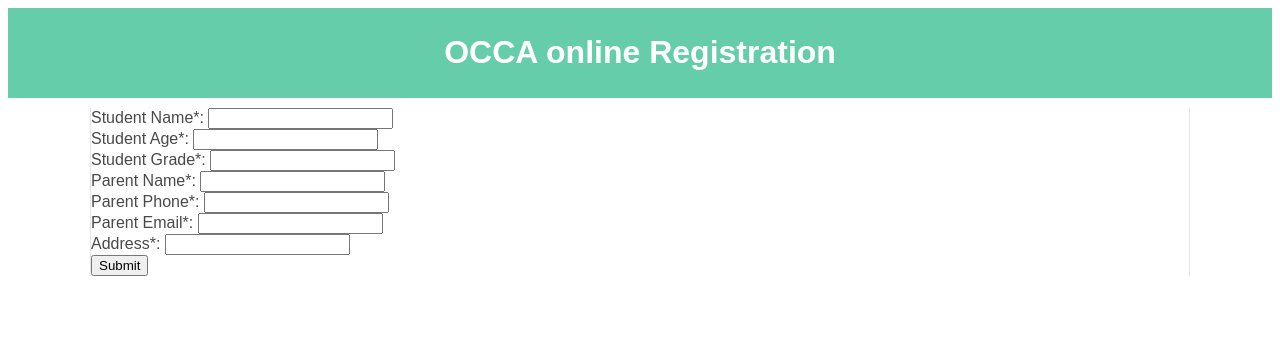
Repository: dreamxia329/TechExercise4830
Page: T3-0325-xia/T3-webProject-Xia/WebContent/register.html
The author's editor kept a copy of each file at every save. The page is drawn from the files as they stood at one save, then again after the next save.
The browser window is 1280 px wide. The pictures show the whole page.

Above is the page before, as saved 2022-03-31 17:04:21.

### T3-0325-xia/T3-webProject-Xia/WebContent/register.html
<html>
<head>
<style>
body {
	font-family: 'Poppins', sans-serif;
	color: #48494a;
}

header {
	background-color: #66CDAA;
	color: white;
	text-align: center;
	padding: 5px;
}

nav {
	line-height: 30px;
	background-color: #eeeeee;
	height: 300px;
	width: 100px;
	float: left;
	padding: 5px;
}

section {
	margin: 10px auto 10px auto;
	max-width: 1098px;
	border-left: 1px solid #e5e5e5;
	border-right: 1px solid #e5e5e5;
	background-color: #f7f7f7 padding: 5px;
}
</style>
</head>

<body>
	<header>
		<h1>OCCA online Registration</h1>
	</header>


	<section>

		<form action="RegisterServlet" method="POST">

			Student Name*: <input type="text" name="studentName"> <br />
			Student Age*: <input type="text" name="studentAge"> <br />
			Student Grade*: <input type="text" name="studentGrade"> <br />
			Parent Name*: <input type="text" name="parentName"> <br />
			Parent Phone*: <input type="text" name="parentPhone"> <br />
			Parent Email*: <input type="text" name="parentEmail"> <br />
			Address*: <input type="text" name="address"> <br /> <input
				type="submit" value="Submit" />
		</form>

	</section>

</body>
</html>

After the next save:
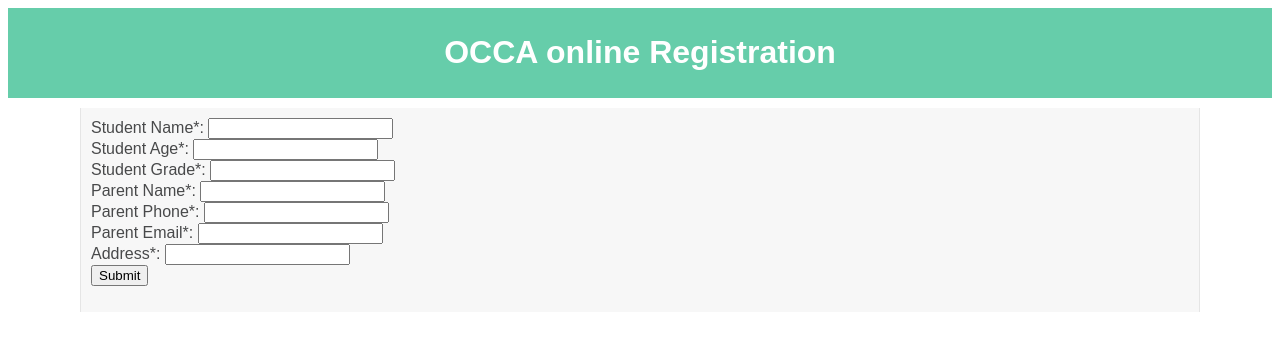
Saved 2 min 12 s later.
--- a/T3-0325-xia/T3-webProject-Xia/WebContent/register.html
+++ b/T3-0325-xia/T3-webProject-Xia/WebContent/register.html
@@ -27,7 +27,8 @@ section {
 	max-width: 1098px;
 	border-left: 1px solid #e5e5e5;
 	border-right: 1px solid #e5e5e5;
-	background-color: #f7f7f7 padding: 5px;
+	background-color: #f7f7f7 ;
+	padding: 10px;
 }
 </style>
 </head>
